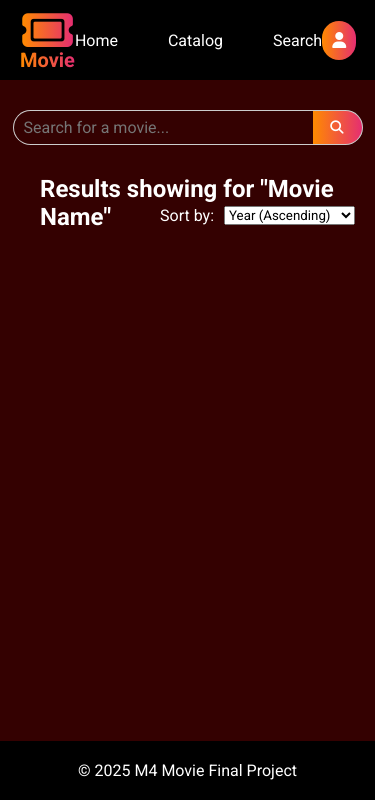
Repository: avivanguyen/m4_movie-FinalProject
Page: index.html
An editor plug-in stored every save of this project. The page is shown before and after a run of saves, followed by the edit.
The browser window is 375 px wide. The pictures show the whole page.
Some web libraries are served in a nearby version.

Above is the page before, as saved 2025-12-30 08:08:44.

### index.html
<!DOCTYPE html>
<html lang="en">
<head>
    <meta charset="UTF-8">
    <meta name="viewport" content="width=device-width, initial-scale=1.0">
    <title>M4 Movie Final Project</title>
    <link rel="stylesheet" href="styles.css">
    <script src="script.js" defer></script>
    <script src="https://kit.fontawesome.com/2588cf0bac.js" crossorigin="anonymous"></script>
</head>
<body>
    <nav>
        <div class="logo">
            <i class="fa-solid fa-ticket logo__ticket"></i>
            <h1 class="logo__title">Movie</h1>
        </div>
        <ul class="nav-links">
            <li><a href="#">Home</a></li>
            <li><a href="#">Catalog</a></li>
            <li><a href="#">Search</a></li>
        </ul>
        <div class="login">
            <button>
                <a href="#">
                    <i class="fa-solid fa-user login__icon"></i>
                    <span class="login__text">Login</span>
                </a>
            </button>
        </div>
    </nav>
    <main>
        <section class="search-section">
            <input type="text" id="search-input" placeholder="Search for a movie..." onchange="onSearchMovie(event)">
            <button id="search-button"><i class="fa-solid fa-magnifying-glass"></i></button>
        </section>
        <section class="results__section">
            <div id="results__container">
                <div class="breadcrumb">
                    <h2>Results showing for "<span id="search-term">Movie Name</span>"</h2>
                </div>
                <div class="sort">
                    <label for="sort-select">Sort by:</label>
                    <select id="sort-select" onchange="onSortChange(event)">
                        <option value="year-ascending">Year (Ascending)</option>
                        <option value="year-descending">Year (Descending)</option>
                        <option value="title-ascending">Movie Title (A-Z)</option>
                        <option value="title-descending">Movie Title (Z-A)</option>
                    </select>
                </div>
                <div class="loading hidden">
                    <i class="fa fa-spinner fa-spin"></i>
                </div>
                <div class="movie">
                    <div class="movie-card hidden">
                        <div class="movie-card__container" onclick="toggleModal()">
                            <div class="movie__poster">
                                <img src="./assets/movie_poster-placeholder.png" alt="">
                            </div>
                            <div class="movie__title">Movie Title</div>
                            <div class="movie__year">20XX</div>
                        </div>
                    </div>
                    <!-- <div class="movie-card">
                        <div class="movie-card__container" onclick="toggleModal()">
                            <div class="movie__poster">
                                <img src="./assets/movie_poster-placeholder.png" alt="">
                            </div>
                            <div class="movie__title">Movie Title</div>
                            <div class="movie__year">20XX</div>
                        </div>
                    </div>
                    <div class="movie-card">
                        <div class="movie-card__container" onclick="toggleModal()">
                            <div class="movie__poster">
                                <img src="./assets/movie_poster-placeholder.png" alt="">
                            </div>
                            <div class="movie__title">Movie Title</div>
                            <div class="movie__year">20XX</div>
                        </div>
                    </div>
                    <div class="movie-card">
                        <div class="movie-card__container" onclick="toggleModal()">
                            <div class="movie__poster">
                                <img src="./assets/movie_poster-placeholder.png" alt="">
                            </div>
                            <div class="movie__title">Movie Title</div>
                            <div class="movie__year">20XX</div>
                        </div>
                    </div>
                    <div class="movie-card">
                        <div class="movie-card__container" onclick="toggleModal()">
                            <div class="movie__poster">
                                <img src="./assets/movie_poster-placeholder.png" alt="">
                            </div>
                            <div class="movie__title">Movie Title</div>
                            <div class="movie__year">20XX</div>
                        </div>
                    </div>
                    <div class="movie-card">
                        <div class="movie-card__container" onclick="toggleModal()">
                            <div class="movie__poster">
                                <img src="./assets/movie_poster-placeholder.png" alt="">
                            </div>
                            <div class="movie__title">Movie Title</div>
                            <div class="movie__year">20XX</div>
                        </div>
                    </div> -->
                </div>
            </div>
        </section>
        <div class="modal">
            <div class="modal__half modal__poster">
                <figure>
                    <img src="./assets/movie_poster-placeholder.png" alt="">
                </figure>
            </div>
            <div class="modal__half modal__description">
                <h2 class="modal__title">Movie Title</h2>
                <p class="modal__year">20XX</p>
                <p class="modal__plot">Lorem ipsum dolor sit amet, consectetur adipiscing elit. Sed do eiusmod tempor incididunt ut labore et dolore magna aliqua.</p>
                <ul class="modal__details">
                    <li><strong>Director:</strong> Director Name</li>
                    <li><strong>Actors:</strong> Actor 1, Actor 2, Actor 3</li>
                    <li><strong>Runtime:</strong> XX min</li>
                </ul>
                <button class="watch">Watch Now</button>
            </div>
            <button class="close-button" onclick="toggleModal()">Close</button>
        </div>
    </main>
    <footer>
        <p>&copy; 2025 M4 Movie Final Project</p>
    </footer>
</body>
</html>

### styles.css
@import url('https://fonts.googleapis.com/css2?family=Roboto:ital,wght@0,100..900;1,100..900&display=swap');

* {
    margin: 0;
    padding: 0;
    box-sizing: border-box;
    font-family: 'Roboto', sans-serif;
}

body {
    background-color: #340101;
    min-height: 100vh;
    display: flex;
    flex-direction: column; /*ensures footer stays at bottom*/
}

a {
    text-decoration: none;
}

li {
    list-style: none;
}

.hidden {
    display: none !important;
}

/*
NAVIGATION STYLES
*/
nav {
    display: flex;
    justify-content: space-between;
    align-items: center;
    flex-direction: row;
    background-color: black;
    width: 100%;
    padding: 15px 40px;
}

.logo {
    display: flex;
    align-items: center;
    flex-direction: column;
}

.logo__ticket,
.logo__title {
    background: linear-gradient(90deg, #ff8a00, #e52e71);
    background-clip: text;
    -webkit-background-clip: text;
    -webkit-text-fill-color: transparent;
}

.logo__ticket {
    font-size: 45px;
    margin-bottom: -5px;
}

.logo__title {
    font-size: 20px;
}

.nav-links {
    display: flex;
    flex-direction: row;
    gap: 100px;
}

.nav-links a {
    color: white;
    font-size: 16px;
    transition: color 300ms ease;
}

.nav-links a:hover,
.close-button:hover {
    color: #ff8a00;
}

.login button,
.modal button.watch {
    background: linear-gradient(90deg, #ff8a00, #e52e71);
    border: none;
    padding: 10px 25px;
    border-radius: 50px;
    color: white;
    font-size: 16px;
    cursor: pointer;
    transition: transform 300ms ease;
}
.login button:hover,
.modal button.watch:hover {
    transform: scale(1.1);
}

.login a {
    color: white;
}


/*
SEARCH STYLES
*/
.search-section {
    display: flex;
    justify-content: center;
    align-items: center;
    margin: 30px 0;
}

#search-input {
    width: 400px;
    height: 35px;
    padding: 0 10px;
    font-size: 16px;
    border: 1.5px solid #ccc;
    border-right: none;
    border-radius: 50px 0 0 50px;
    outline: none;
    background-color: transparent;
    color: white;
}

#search-button {
    height: 35px;
    width: 50px;
    outline: none;
    border-radius: 0 50px 50px 0;
    border: 1.5px solid #ccc;
    border-left: none;
    cursor: pointer;
    background: linear-gradient(90deg, #ff8a00, #e52e71);
    transition: all 300ms ease;
    position: relative;
}
#search-button:hover {
    background: transparent;
    border: 2px solid transparent;
    background-image: linear-gradient(#340101, #340101), linear-gradient(90deg, #ff8a00, #e52e71);
    background-origin: border-box;
    background-clip: padding-box, border-box;
}

.search-section #search-button i {
    color: white;
}

/*
LOADING STYLES
*/
.loading {
    justify-content: center;
    align-items: center;
    margin-top: 20px;
    opacity: 1;
    transition: opacity 500ms ease-in-out;
}

.loading:not(.hidden) {
    display: flex;
}

.loading.hidden {
    opacity: 0;
    transition: opacity 500ms ease-in-out 1000ms;
}

.fa-spinner {
    font-size: 35px;
    color: white;
}

/*
RESULTS STYLES
*/
.breadcrumb {
    color: white;
    margin-left: 20px;
    margin-bottom: 40px;
}

.sort label {
    color: white;
    margin-right: 10px;
}

.sort {
    display: flex;
    justify-content: flex-end;
    align-items: center;
    margin-top: -65px;
}

.results__section {
    margin: 0 60px;
}

.movie {
    width: 100%;
    height: auto;
    padding: 0 80px;
    margin-top: 20px;
    display: flex;
    flex-direction: row;
    flex-wrap: wrap;
    justify-content: center;
}

.movie-card {
    cursor: pointer;
    margin: 15px;
    width: 200px; /*makes sure all cards are same size and that the text doesn't overflow*/
    display: flex;
    flex-direction: row;
    flex-wrap: wrap;
    justify-content: center;
    transition: transform 300ms ease;
}
.movie-card:hover {
    transform: scale(1.05);
    background-color: #4d0d0d;
    border-radius: 8px;
    box-shadow: 0 6px 12px #4d0d0d;
}

.movie-card__container {
    padding: 4px 18px;
}

.movie__poster img {
    width: 200px;
    height: 300px;
    box-shadow: 0 4px 8px rgba(0, 0, 0, 0.2);
}

.movie__title,
.movie__year {
    color: white;
    text-align: center;
    margin-top: 2px;
}

/*
MODAL STYLES
*/
.modal {
    display: flex;
    position: fixed;
    top: 50%;
    left: 50%;
    transform: translate(-50%, -50%);
    width: 90%;
    max-width: 1100px;
    background-color: #4b3434;
    box-shadow: 0 6px 12px #4d0d0d;
    visibility: hidden;
    transition: visibility 400ms, z-index 300ms ease;
}

.modal--open .modal {
    display: flex;
    z-index: 50;
    box-shadow: 0 6px 12px #4d0d0d;
    visibility: visible;
}

.modal__half {
    display: flex;
    flex-direction: column;
    justify-content: center;
    position: relative;
}

.modal__poster img {
    width: 100%;
}

.modal__description {
    padding: 80px;
    color: white;
    line-height: 2.5;
}

.watch {
    margin-top: auto;
    width: 50%;
    display: flex;
    justify-content: center;
    align-items: center;
    margin-left: 100px;
}

.close-button {
    position: absolute;
    top: 15px;
    right: 30px;
    font-size: 20px;
    color: white;
    cursor: pointer;
    background-color: transparent;
    border: none;
}

/*
FOOTER STYLES
*/
footer {
    text-align: center;
    padding: 20px 0;
    background-color: black;
    color: white;
    margin-top: auto;
}


/*
RESPONSIVE STYLES
*/
@media (max-width: 768px) {
    .nav-links {
            gap: 75px;
        }

    #search-input {
        width: 300px;
    }

    .movie-card {
        margin: 15px;
    }

    .modal__description {
        padding: 40px;
        line-height: 2;
    }

    .modal__details {
        margin-bottom: 15px;
    }

    .close-button {
        font-size: 18px;
    }
}

@media (max-width: 480px) {
    nav {
        padding: 8px 20px;
    }
    .nav-links {
        gap: 50px;
    }

    .login__text {
        display: none;
    }
    .login button {
        padding: 10px;
    }

    .breadcrumb

    .sort {
        margin-top: 0px;
        display: flex;
        flex-direction: column;
        align-items: flex-start;
    }

    .movie-card {
        margin: 8px;
    }
    .movie__poster img {
        width: 150px;
        height: auto;
    }
    .movie__title, .movie__year {
        font-size: 20px;
    }

    .results__section {
        margin: 0 20px;
    }
    .movie {
        padding: 0;
    }

    .modal {
        flex-direction: column;
    }
    .modal__description {
        padding: 18px;
        line-height: 1.8;
    }
    .modal__poster {
        display: flex;
        justify-content: center;
        align-items: center;
        text-align: center;
    }
    .modal__poster img {
        width: 50%;
    }
}

### script.js
//API key: 5aa2e87d
//base URL: https://www.omdbapi.com/?apikey=5aa2e87d&s=MOVIE_NAME_HERE

//Modal functionality
let isModalOpen = false;

function toggleModal() {
  if (isModalOpen) {
    isModalOpen = !isModalOpen;
    return document.body.classList.remove("modal--open");
  }
  isModalOpen = true;
  document.body.classList += " modal--open";
}

//Search functionality
async function onSearchMovie(event) {
  const searchMovie = event.target.value;

  if (!searchMovie) return;

  //breadcrumb
  document.getElementById("search-term").textContent = searchMovie;

  const movieContainer = document.querySelector(".movie");
  const loadingSpinner = document.querySelector(".loading");

  loadingSpinner.classList.remove("hidden");

  // Fetch movies from API
  const response = await fetch(
    `https://www.omdbapi.com/?apikey=5aa2e87d&s=${searchMovie}`
  );
  const data = await response.json();

  loadingSpinner.classList.add("hidden");

  if (data.Response === "True") {
    movieContainer.innerHTML = data.Search
    .slice(0, 6) // Limit to first 6 results//
      .map((movie) => movieCardHtml(movie))
      .join("");
  } else {
    movieContainer.innerHTML = `<div class="breadcrumb">
            <h2>Results showing for "<span id="search-term">${searchMovie}</span>"</h2>
        </div>`;
  }
}

//Movie card results
function movieCardHtml(movie) {
  return `
    <div class="movie-card">
        <div class="movie-card__container" onclick="toggleModal()">
            <div class="movie__poster">
                <img src="${
                  movie.Poster !== "N/A"
                    ? movie.Poster
                    : "./assets/movie_poster-placeholder.png"
                }" alt="">
            </div>
            <div class="movie__title">${movie.Title}</div>
            <div class="movie__year">${movie.Year}</div>
        </div>
    </div>`;
}

// //Movie modal results
// async function movieModalHtml(imdbID) {
//   toggleModal();
//   const response = await fetch(
//     `https://www.omdbapi.com/?apikey=5aa2e87d&i=${imdbID}`
//   );
//   const movie = await response.json();

//   document.querySelector(".modal__poster img").src =
//     movie.Poster !== "N/A"
//       ? movie.Poster
//       : "./assets/movie_poster-placeholder.png";
//   document.querySelector(".modal__title").textContent = movie.Title;
//   document.querySelector(".modal__year").textContent = movie.Year;
// }
// function movieModalHtml(movie) {
//   return `
//     <div class="modal">
//             <div class="modal__half modal__poster">
//                 <figure>
//                     <img src="${
//                       movie.Poster !== "N/A"
//                         ? movie.Poster
//                         : "./assets/movie_poster-placeholder.png"
//                     }" alt="">
//                 </figure>
//             </div>
//             <div class="modal__half modal__description">
//                 <h2 class="modal__title">${movie.Title}</h2>
//                 <p class="modal__year">${movie.Year}</p>
//                 <p class="modal__plot">Lorem ipsum dolor sit amet, consectetur adipiscing elit. Sed do eiusmod tempor incididunt ut labore et dolore magna aliqua.</p>
//                 <ul class="modal__details">
//                     <li><strong>Director:</strong> Director Name</li>
//                     <li><strong>Actors:</strong> Actor 1, Actor 2, Actor 3</li>
//                     <li><strong>Runtime:</strong> XX min</li>
//                 </ul>
//                 <button class="watch">Watch Now</button>
//             </div>
//             <button class="close-button" onclick="toggleModal()">Close</button>
//         </div>`;
// }

After the next 4 saves:
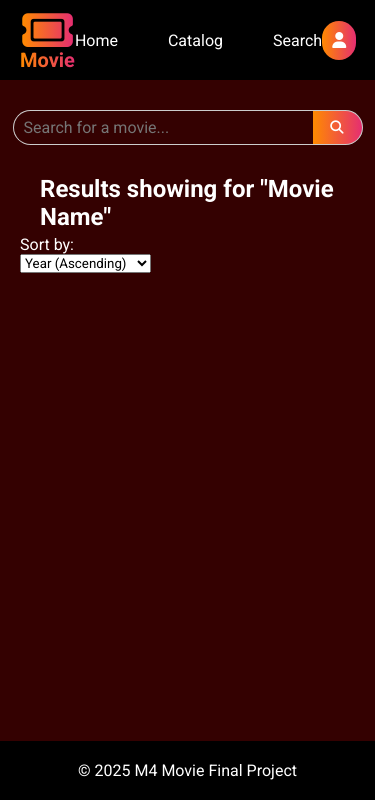
The 4 saves are shown as one change because they came seconds apart.
The last was saved 11 s later.
--- a/styles.css
+++ b/styles.css
@@ -360,7 +360,9 @@ RESPONSIVE STYLES
         padding: 10px;
     }
 
-    .breadcrumb
+    .breadcrumb {
+        margin-bottom: 4px;
+    }
 
     .sort {
         margin-top: 0px;
